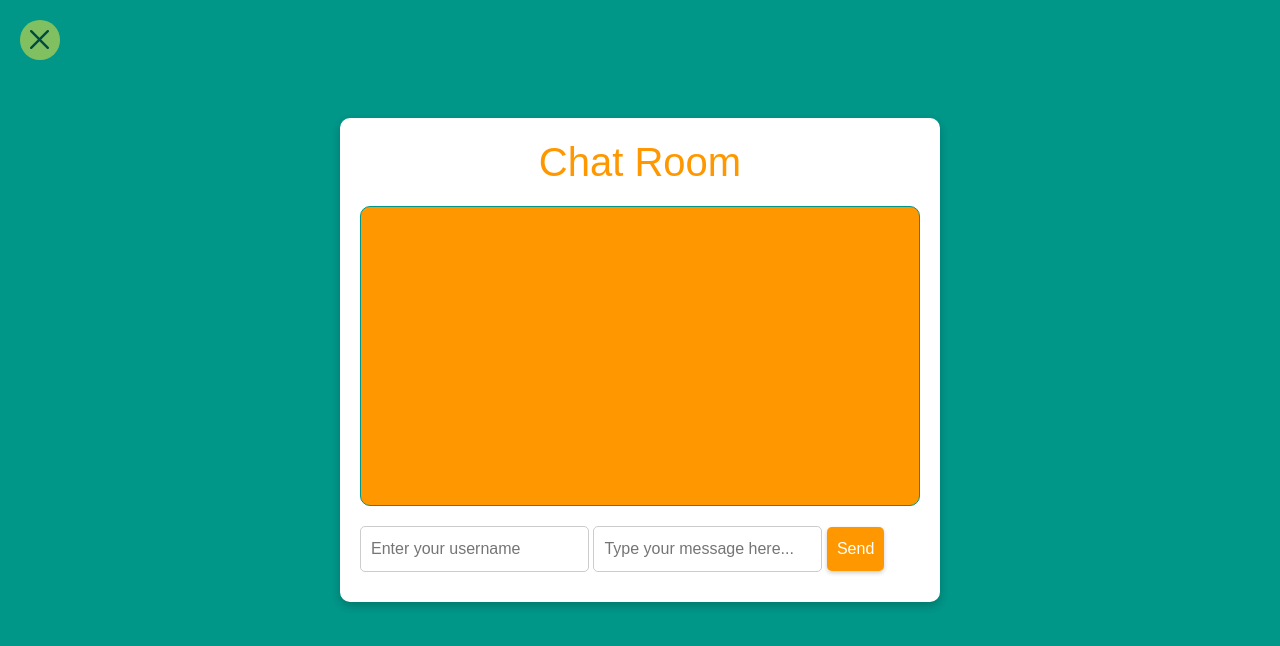
Repository: Sanjana-Inapakolla/Find-your-Roomie-website
Page: http://localhost/MiniProject/AfterSend
These files come from the project's save history. The page is drawn as it stood at one moment and after the next save; the edit follows.
The browser window is 1280 px wide. The pictures show the whole page.
The page is served by Tomcat 10. Other server files are loaded and not shown. Queries for data that is not in the repository find no rows.

Above is the page before, as saved 2024-11-13 11:35:38.

### mini-project(jfst)/MiniProject/src/main/webapp/chat.jsp
<%@ page language="java" contentType="text/html; charset=UTF-8" pageEncoding="UTF-8"%>
<%@ page import="java.util.*, java.io.*,jakarta.servlet.*,java.sql.*"%>
<%@ page import="form.DbConnect" %>
<%@ page import="chat.Pair_messages" %>

<!DOCTYPE html>
<html lang="en">
<head>
    <meta charset="UTF-8">
    <meta name="viewport" content="width=device-width, initial-scale=1.0">
    <title>Chat Application</title>
    <link href="https://cdn.jsdelivr.net/npm/bootstrap@5.3.3/dist/css/bootstrap.min.css" rel="stylesheet" integrity="sha384-QWTKZyjpPEjISv5WaRU9OFeRpok6YctnYmDr5pNlyT2bRjXh0JMhjY6hW+ALEwIH" crossorigin="anonymous">

    <style>
        body {
            display: flex;
            justify-content: center;
            align-items: center;
            height: 100vh;
            margin: 0;
            background-color: #009688; /* Green background */
            font-family: Arial, sans-serif;
        }

        .chat-container {
            background-color: white; /* White container background */
            padding: 20px;
            border-radius: 10px;
            box-shadow: 0 4px 8px rgba(0, 0, 0, 0.2);
            width: 600px;
        }

        h1 {
            text-align: center;
            color: #ff9800; /* Orange for heading */
            margin-bottom: 20px;
        }

        #chatWindow {
            border: 1px solid #009688; /* Teal border */
            height: 300px;
            overflow-y: scroll;
            padding: 10px;
            background-color: #ff9800; /* Yellow background */
            border-radius: 10px;
            margin-bottom: 20px;
        }

        .form-container {
            display: flex;
            flex-direction: column;
        }

        input[type="text"], input[type="submit"], input[type="text"]#username {
            background-color: #fff; /* White input fields */
            border: 1px solid #ccc;
            padding: 10px;
            border-radius: 5px;
            margin-bottom: 10px;
            color: black; /* Black text */
        }

        input[type="submit"] {
            background-color: #ff9800; /* Orange for submit button */
            border: none;
            color: white;
            cursor: pointer;
            box-shadow: 0 2px 4px rgba(0, 0, 0, 0.2);
        }

        input[type="submit"]:hover {
            background-color: #f57c00; /* Darker orange for hover effect */
        }

        .btn-close {
            position: absolute;
            top: 20px;
            left: 20px;
            width: 30px;
            height: 30px;
            font-size: 1.2rem;
            background-color: #ffeb3b; /* Yellow close button */
            border: none;
            border-radius: 50%;
        }

        .btn-close:hover {
            background-color: #fdd835; /* Darker yellow for hover effect */
        }

        p {
            margin: 5px 0;
            color: black; /* Black text for chat */
        }
    </style>
</head>

<body>
    <button type="button" class="btn-close" aria-label="Close" onclick="window.location.href='home.html';"></button>
    <div class="chat-container">
        <h1>Chat Room</h1>
        <div id="chatWindow">
            <%
                List<Pair_messages> m = (List<Pair_messages>) request.getAttribute("chats");
                if (m != null && !m.isEmpty()) {
                    for (Pair_messages p : m) {
            %>
                <p><strong><%= p.getUsername() %>:</strong> <%= p.getMessage() %></p>
            <%
                    }
                }
            %>
        </div>

        <div class="form-container">
            <form action="sendMessagesServlet" method="POST">
                <input type="text" id="username" name="username" placeholder="Enter your username" required>
                <input type="text" id="message" name="message" placeholder="Type your message here..." required>
                <input type="submit" value="Send">
            </form>
        </div>
    </div>

    <script src="https://cdn.jsdelivr.net/npm/bootstrap@5.3.3/dist/js/bootstrap.bundle.min.js" integrity="sha384-YvpcrYf0tY3lHB60NNkmXc5s9fDVZLESaAA55NDzOxhy9GkcIdslK1eN7N6jIeHz" crossorigin="anonymous"></script>
</body>
</html>

### mini-project(jfst)/MiniProject/src/main/java/chat/AfterSend.java
package chat;

import jakarta.servlet.ServletException;
import jakarta.servlet.annotation.WebServlet;
import jakarta.servlet.http.HttpServlet;
import jakarta.servlet.http.HttpServletRequest;
import jakarta.servlet.http.HttpServletResponse;
import java.io.IOException;
import java.io.PrintWriter;
import java.util.ArrayList;
import java.util.List;

import form.DbConnect;

/**
 * Servlet implementation class AfterSend
 */
@WebServlet("/AfterSend")
public class AfterSend extends HttpServlet {
	private static final long serialVersionUID = 1L;

    /**
     * @see HttpServlet#HttpServlet()
     */
    public AfterSend() {
        super();
        // TODO Auto-generated constructor stub
    }

	/**
	 * @see HttpServlet#doGet(HttpServletRequest request, HttpServletResponse response)
	 */
	protected void doGet(HttpServletRequest request, HttpServletResponse response) throws ServletException, IOException {
		DbConnect db=new DbConnect();
		List<Pair_messages> messages=new ArrayList<>();
		messages=db.retrieveMessages();
		request.setAttribute("chats", messages);
		System.out.print("request set");
		request.getRequestDispatcher("chat.jsp").forward(request, response);
	}

	/**
	 * @see HttpServlet#doPost(HttpServletRequest request, HttpServletResponse response)
	 */
	protected void doPost(HttpServletRequest request, HttpServletResponse response) throws ServletException, IOException {
		// TODO Auto-generated method stub
		doGet(request, response);
	}

}

### mini-project(jfst)/MiniProject/src/main/java/form/DbConnect.java
package form;

import java.nio.charset.StandardCharsets;
import java.security.MessageDigest;
import java.security.SecureRandom;
import java.sql.*;
import java.util.ArrayList;
import java.util.Arrays;
import java.util.List;

import chat.Pair_messages;

public class DbConnect {
	private static final String DB_URL = "jdbc:mysql://localhost:3306/jfst_miniproject";
    private static final String USER = "root";
    private static final String PASSWORD = "root";



    public static Connection getConnection() throws SQLException {
    	try {
			Class.forName("com.mysql.cj.jdbc.Driver");
		} catch (ClassNotFoundException e) {
			// TODO Auto-generated catch block
			e.printStackTrace();
		}
        return DriverManager.getConnection(DB_URL, USER, PASSWORD);
    }

    public boolean updateUserProfile(User user) {
    	String query="UPDATE users SET contact = ?, city = ?, area = ?, job = ? WHERE email = ?";
    	try (Connection conn = getConnection();
                PreparedStatement pstmt = conn.prepareStatement(query)){
    		pstmt.setString(1,user.getContact());
    		pstmt.setString(2, user.getCity());
    		pstmt.setString(3,user.getArea());
    		pstmt.setString(4,user.getJob());
    		pstmt.setString(5,user.getEmail());

    		int rowsAffected=pstmt.executeUpdate();
    		return rowsAffected>0;

    	}
    	catch(Exception e) {
    		e.printStackTrace();
    		return false;
    	}
    }

    public User getUserDetails(String email) {
    	 String query = "SELECT * FROM users WHERE email = ?";
    	    try (Connection conn = getConnection();
    	         PreparedStatement pstmt = conn.prepareStatement(query)) {
    	        pstmt.setString(1, email);
    	        ResultSet rs = pstmt.executeQuery();
    	        if (rs.next()) {
    	            return new User(
    	                rs.getString("email"),
    	                rs.getString("name"),
    	                rs.getString("gender"),
    	                rs.getDate("dob"),
    	                rs.getString("contact"),
    	                rs.getInt("age"),
    	                rs.getString("city"),
    	                rs.getString("area"),
    	                rs.getString("job"),
    	                rs.getString("native_place"),
    	                rs.getString("mother_tongue"),
    	                rs.getString("smoke"),
    	                rs.getString("drink"),
    	                rs.getString("diet")
    	            );
    	        }
    	    } catch (SQLException e) {
    	        e.printStackTrace();
    	    }
    	    return null;

    }

    public static List<User> getAllUsers(String email){
    	String query="SELECT * FROM users WHERE status = ? AND email <> ?";

    	List<User> list=new ArrayList<>();
    	 try (Connection conn = getConnection();
    	         PreparedStatement pstmt = conn.prepareStatement(query)) {
    	        pstmt.setString(1, "active");
    	        pstmt.setString(2, email);
    	        ResultSet rs = pstmt.executeQuery();
    	        while (rs.next()) {
    	        	System.out.print(rs.getString("name"));
    	            list.add( new User(
    	                rs.getString("email"),
    	                rs.getString("name"),
    	                rs.getString("gender"),
    	                rs.getDate("dob"),
    	                rs.getString("contact"),
    	                rs.getInt("age"),
    	                rs.getString("city"),
    	                rs.getString("area"),
    	                rs.getString("job"),
    	                rs.getString("native_place"),
    	                rs.getString("mother_tongue"),
    	                rs.getString("smoke"),
    	                rs.getString("drink"),
    	                rs.getString("diet")
    	            ));
    	        }
    	    } catch (SQLException e) {
    	        e.printStackTrace();
    	    }
    	    return list;

    }

    public  boolean addUserDetails(User user,String email) {
    	String query = "UPDATE users SET name=?, gender=?, dob=?, contact=?, age=?, city=?, area=?, job=?, native_place=?, mother_tongue=?, smoke=?, drink=?, diet=? WHERE email=?";

    	try(Connection con=getConnection(); PreparedStatement pstmt=con.prepareStatement(query)){
    		pstmt.setString(1, user.getName());
    		pstmt.setString(2, user.getGender());
    	    pstmt.setDate(3, user.getDob());
    	    pstmt.setString(4, user.getContact());
    	    pstmt.setInt(5, user.getAge());
    	    pstmt.setString(6, user.getCity());
    	    pstmt.setString(7, user.getArea());
    	    pstmt.setString(8, user.getJob());
    	    pstmt.setString(9, user.getNative_place());
    	    pstmt.setString(10, user.getMother_tongue());
    	    pstmt.setString(11, user.getSmoke());
    	    pstmt.setString(12, user.getDrink());
    	    pstmt.setString(13, user.getDiet());
    	    pstmt.setString(14, email);

    	    int rowsAffected=pstmt.executeUpdate();
    	    return rowsAffected>0;
    	}
    	catch(Exception e) {
    		e.printStackTrace();
    		return false;
    	}

    }
    //user form ends here

    //login-signup starts
    public static String registerUser(String username, String email, String password) {
    	if(userExists(username)) {
    		System.out.println("User exists");
    		return "User exists";
    	}
    	if(emailExists(email)) {
    		System.out.println("User with same email exists");
    		return "User with same email exists";
    	}
        String query = "INSERT INTO users (username, email, password, salt) VALUES (?, ?, ?, ?)";
        byte[][] salt_pwd = encrypt(password.getBytes(StandardCharsets.UTF_8));
        byte[] encrypted_pwd = salt_pwd[1];
        byte[] salt = salt_pwd[0];
        try (Connection conn = getConnection();
             PreparedStatement pstmt = conn.prepareStatement(query)) {
            pstmt.setString(1, username);
            pstmt.setString(2, email);
            pstmt.setBytes(3, encrypted_pwd);
            pstmt.setBytes(4, salt);

            int rowsAffected = pstmt.executeUpdate();
            if(rowsAffected > 0) return "Success!";
        } catch (SQLException e) {
            e.printStackTrace();
            return "Something went wrong";
        }
        return "Something went wrong";
    }

    public static String loginUser(String email, String password) {
    	String getStored = "SELECT password, salt FROM users WHERE email= ? ";
    	try {
    		Connection conn = getConnection();
            PreparedStatement pstmt = conn.prepareStatement(getStored);
            pstmt.setString(1, email);
            ResultSet rs = pstmt.executeQuery();
            if(!rs.next()) {

            	System.out.println("No such user");
            	return "No such user";
            }
            	byte[] stored_pwd = rs.getBytes(1);
            	byte[] salt = rs.getBytes(2);
            	if(passwordMatch(password,salt,stored_pwd)) {
            		System.out.println("Success!");
            		return "Success!";
            	}
            	else {
            		System.out.println("Wrong password");
            		return "Wrong password";
            	}


    	}catch(Exception e) {
    		e.printStackTrace();
    	}
    	return "Something went wrong";
    }

    public static byte[][] encrypt(byte[] plainTxt){
        // returns the hashed salt[0] and password used[1]
        SecureRandom random = new SecureRandom();
        byte[] salt = new byte[16];
        random.nextBytes(salt);
        try {
            MessageDigest md = MessageDigest.getInstance("SHA-512");
            md.update(salt);
            byte[] hashedPassword = md.digest(plainTxt);
            return new byte[][]{salt, hashedPassword};

        }catch (Exception e){
            System.out.println("Something went wrong with hashing");
            return new byte[][]{null, null};
        }
    }

    public static boolean passwordMatch(String plainTxt, byte[] salt, byte[] stored){
        try {
            MessageDigest md = MessageDigest.getInstance("SHA-512");
            md.update(salt);
            byte[] hashedPassword = md.digest(plainTxt.getBytes(StandardCharsets.UTF_8));
            return Arrays.equals(hashedPassword, stored);
        }catch (Exception e){
            System.out.println("Something went wrong..");
            return false;
        }
    }
    public static boolean userExists(String uname){
        String query = "SELECT username FROM users WHERE username = ? ";
        Connection conn;
		try {
			conn = getConnection();
			PreparedStatement pstmt = conn.prepareStatement(query);
			pstmt.setString(1, uname);
	        ResultSet rs = pstmt.executeQuery();
	        if(rs.next()) {
	        	System.out.println("User exists");
	        	return true;
	        }
	        else {
	        	return false;
	        }
		} catch (SQLException e) {
			// TODO Auto-generated catch block
			e.printStackTrace();
		}
        return false;
    }
    public static boolean emailExists(String em){
    	String query = "SELECT email FROM users WHERE email = ? ";
        Connection conn;
		try {
			conn = getConnection();
			PreparedStatement pstmt = conn.prepareStatement(query);
			pstmt.setString(1, em);
	        ResultSet rs = pstmt.executeQuery();
	        if(rs.next()) {
	        	System.out.println("User with same email exists");
	        	return true;
	        }
	        else {
	        	return false;
	        }
		} catch (SQLException e) {
			// TODO Auto-generated catch block
			e.printStackTrace();
		}
        return false;
    }
    //login signup code ends here

    //discussion forum

    public  void addMessages(String username,String message) {
		System.out.print("i am inside add");
		String query="INSERT INTO messages (username , message) values (?,?)";
		try (Connection conn=getConnection();
				PreparedStatement pstmt= conn.prepareStatement(query)){
			System.out.print("i am inside add-try");
			pstmt.setString(1,username);
			pstmt.setString(2,message);
			int rows=pstmt.executeUpdate();
			System.out.print(rows>0);

		}catch(Exception e) {
			e.printStackTrace();
		}
	}


	public List<Pair_messages> retrieveMessages() {
		List<Pair_messages> list=new ArrayList<>();
		String query = "SELECT * FROM messages ORDER BY timestamp DESC";
		try (Connection conn=getConnection();
				PreparedStatement pstmt= conn.prepareStatement(query)){
			System.out.print("i am inside retreive-try");

            ResultSet rs = pstmt.executeQuery();
            while(rs.next()) {
            	list.add(new Pair_messages(rs.getString("username"),rs.getString("message")));
            }


		}catch(Exception e) {
			e.printStackTrace();
		}
		return list;
	}

	// discussion forum ends

	//reviews
	public void addReview (String email,String hostel_name ,String hostel_city , String hostel_area,String review_text) throws SQLException {
		String query="INSERT INTO reviews (email_id,hostel_name,hostel_city,hostel_area,review_text)  values (?,?,?,?,?)";
		try(Connection conn=getConnection();PreparedStatement pstmt= conn.prepareStatement(query)){
			    pstmt.setString(1,email);
            	pstmt.setString(2,hostel_name);
            	pstmt.setString(3,hostel_city);
            	pstmt.setString(4,hostel_area);
            	pstmt.setString(5,review_text);

           int rows=pstmt.executeUpdate();
           System.out.println(rows>0);
		}
		catch(Exception e) {
			e.printStackTrace();
		}
	}

	public List<String> retrieveReview (String hostel) {
		String query="SELECT review_text FROM reviews WHERE hostel_name= ?";
		List<String> reviews= new ArrayList<>();
		try(Connection conn=getConnection();PreparedStatement pstmt= conn.prepareStatement(query)){
		    pstmt.setString(1,hostel);

		    ResultSet rs= pstmt.executeQuery();
		    while (rs.next()) {
		    	System.out.println("Review exists");
		    	reviews.add(rs.getString("review_text"));
		    }

		}catch(SQLException e) {
			e.printStackTrace();
		}
		if(reviews.size()==0) {
			System.out.print("no reviews");
		}
		return reviews;
	}

	//review ends


}

After the next save:
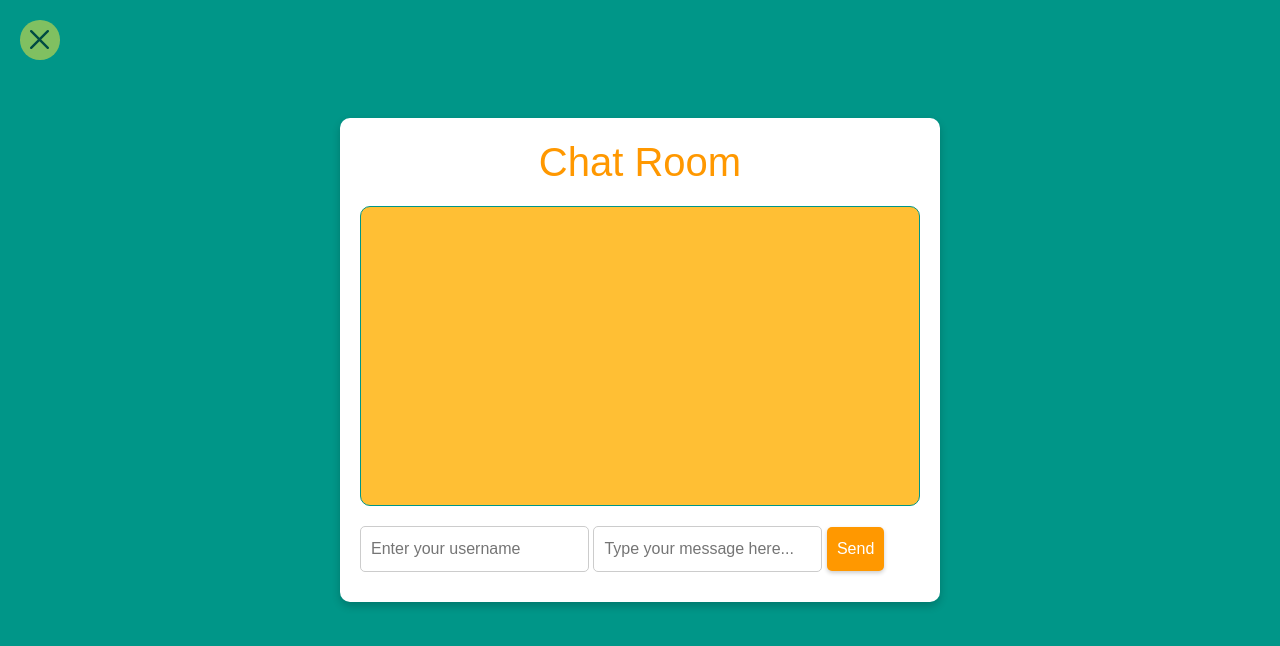
Saved 40 s later.
--- a/mini-project(jfst)/MiniProject/src/main/webapp/chat.jsp
+++ b/mini-project(jfst)/MiniProject/src/main/webapp/chat.jsp
@@ -41,7 +41,7 @@
             height: 300px;
             overflow-y: scroll;
             padding: 10px;
-            background-color: #ff9800; /* Yellow background */
+            background-color: #FFBF34 ; /* Yellow background */
             border-radius: 10px;
             margin-bottom: 20px;
         }
